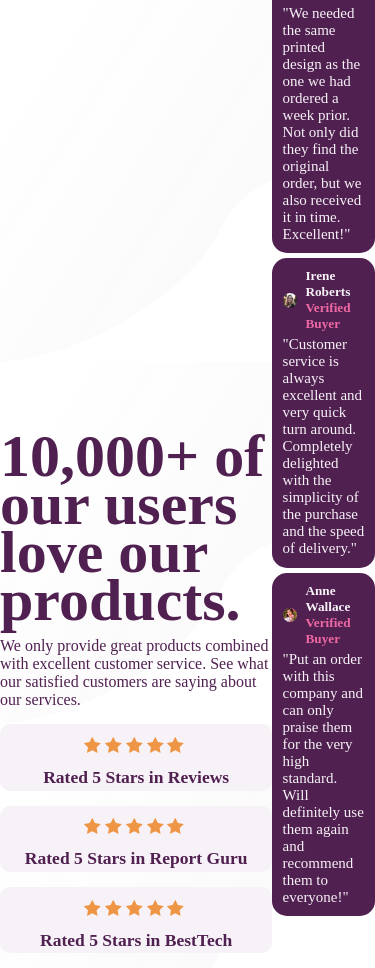
Repository: superZXMzzl/FrontendMentor
Page: social-proof-section-master/index.html
The author's editor kept a copy of each file at every save. The page is drawn from the files as they stood at one save, then again after the next save.
The browser window is 375 px wide. The pictures show the whole page.

Above is the page before, as saved 2022-05-10 12:13:21.

After the next save:
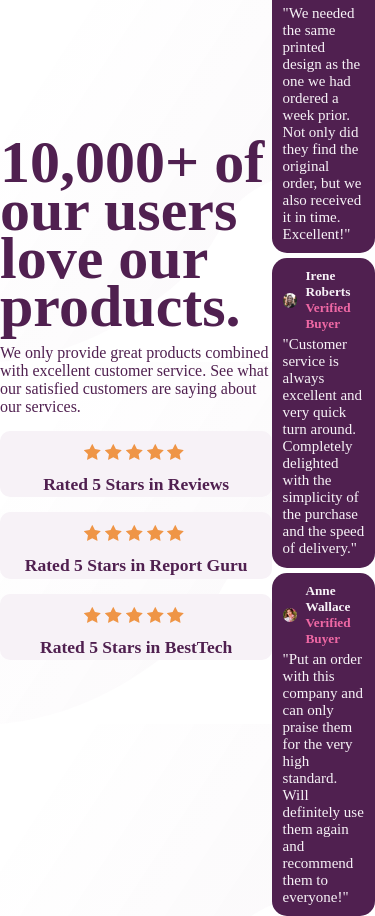
Saved 16 s later.
--- a/social-proof-section-master/style.css
+++ b/social-proof-section-master/style.css
@@ -112,7 +112,7 @@ display: flex;
     }
 
     .left {
-        margin-top: 600px;
+
 
     }
 
